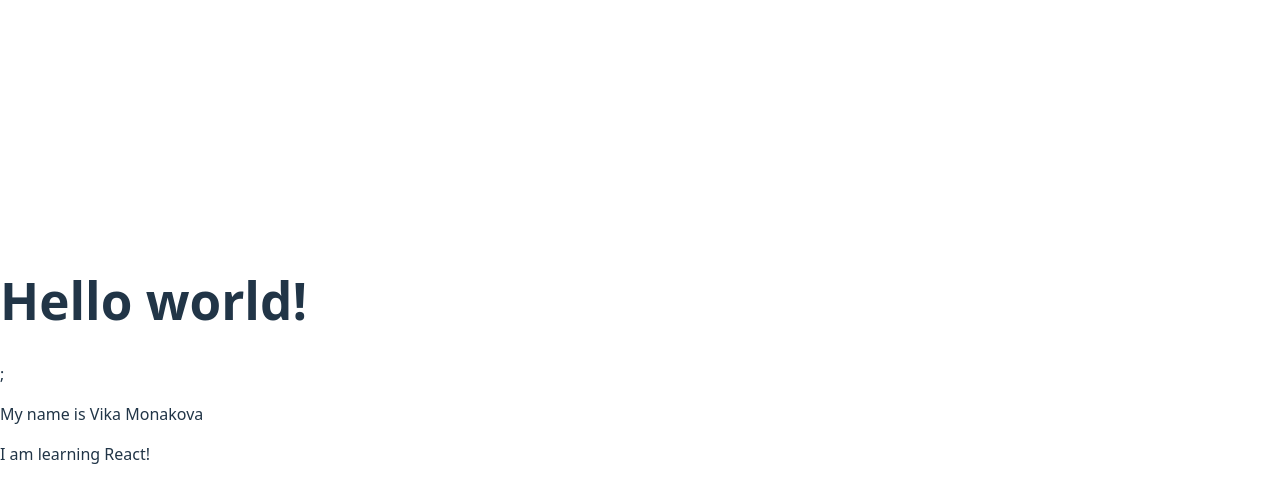
Repository: monavi77/front_web_dev_week1
Page: /
The author's editor kept a copy of each file at every save. The page is drawn from the files as they stood at one save, then again after the next save.
The browser window is 1280 px wide. The pictures show the whole page.
The project was rebuilt for these pictures with package versions that can differ from the ones it lists, and the page was loaded fresh each time. Also part of the build but not shown: vite.config.js.

Above is the page before, as saved 2025-09-10 13:30:56.

After the next save:
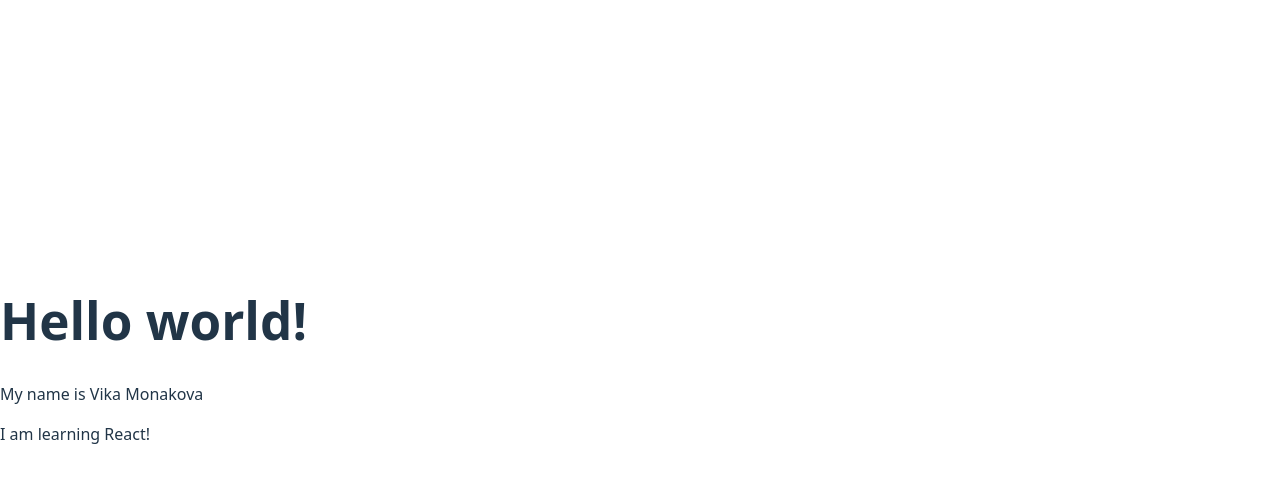
Saved 14 s later.
--- a/src/App.jsx
+++ b/src/App.jsx
@@ -1,7 +1,8 @@
 function App() {
   return (
     <div>
-      <h1>Hello world!</h1>;<p>My name is Vika Monakova</p>
+      <h1>Hello world!</h1>
+      <p>My name is Vika Monakova</p>
       <p>I am learning React!</p>
     </div>
   );
